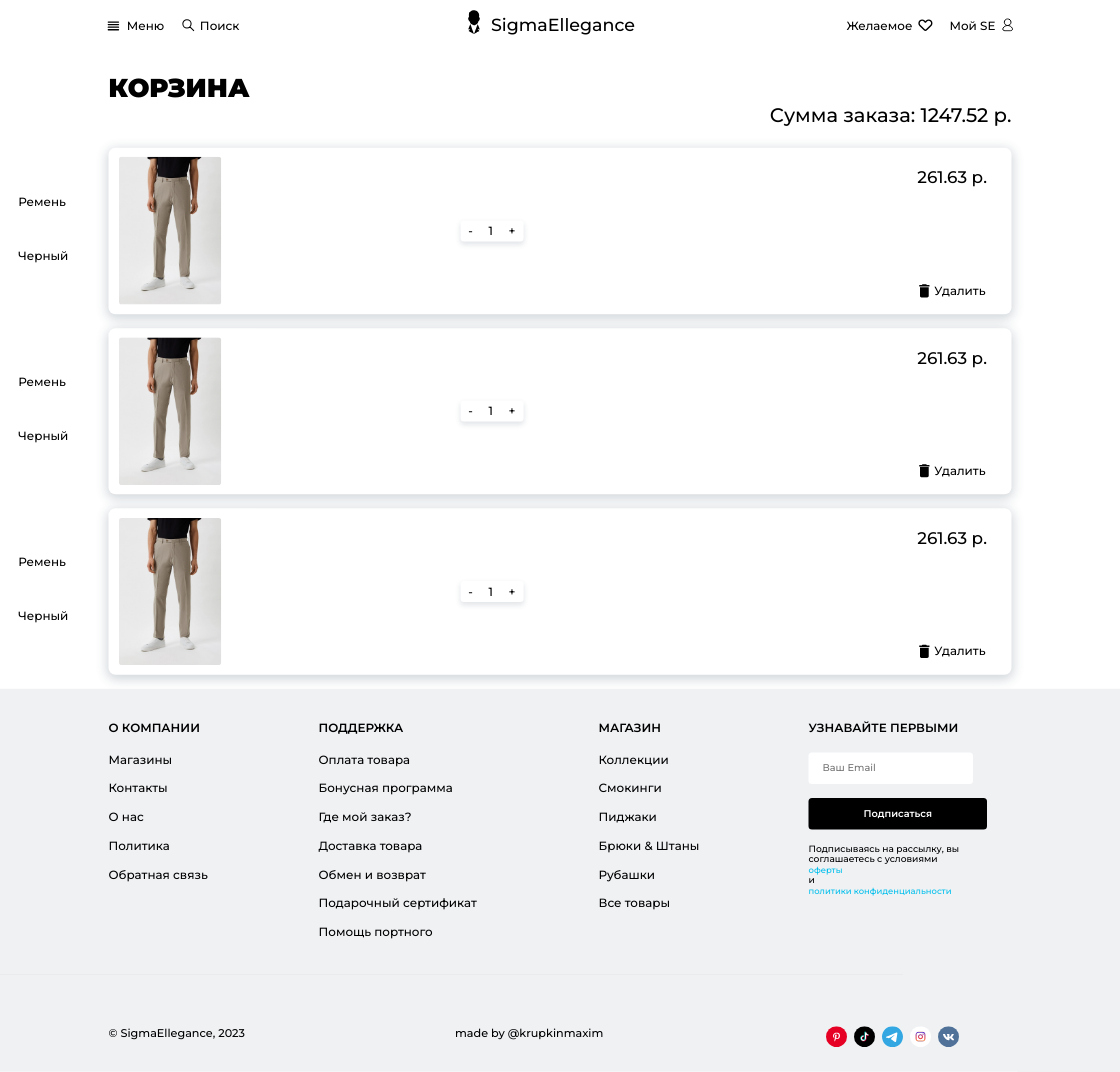
Repository: MaksimKrupkin/SigmaEllegance
Page: /cart
These files come from the project's save history. The page is drawn as it stood at one moment and after the next save; the edit follows.
The browser window is 1280 px wide. The page is 1600 px wide, so the pictures cover 1600 px, including what lies to the right of the window. The pictures show the whole page, at 70% of full size.
Some web fonts or font styles are not loaded; a fallback is used. The project was rebuilt for these pictures with package versions that can differ from the ones it lists, and the page was loaded fresh each time. Also part of the build but not shown: src/Components/SideBar/SideBar.module.css, src/Components/SideBar/SideBar.jsx, src/Pages/HomePage.module.css, src/Components/SliderWrapper/SliderWrapper.module.css, src/Components/SliderCard/SliderCard.module.css, src/Components/SliderCard/SliderCard.jsx, src/Components/LeftArrow/LeftArrow.module.css, src/Components/LeftArrow/LeftArrow.jsx and 31 more.

Above is the page before, as saved 2023-12-19 20:16:15.

### public/index.html
<!DOCTYPE html>
<html lang="en">
  <head>
    <meta charset="utf-8" />

    <meta name="viewport" content="width=device-width, initial-scale=1" />
    <link rel="icon" type="image/png" href="./favicon.png" sizes="32x32" />
    <link rel="preconnect" href="https://fonts.googleapis.com" />
    <link rel="preconnect" href="https://fonts.gstatic.com" crossorigin />
    <link
      href="https://fonts.googleapis.com/css2?family=Roboto:wght@400;500;700&display=swap"
      rel="stylesheet" />
    <link
      href="https://fonts.googleapis.com/css2?family=Montserrat:ital,wght@0,300;0,500;0,600;0,900;1,400;1,500&family=Roboto:wght@400;500;700&display=swap"
      rel="stylesheet" />
    <link rel="preconnect" href="https://fonts.googleapis.com" />
    <link rel="preconnect" href="https://fonts.gstatic.com" crossorigin />
    <link
      href="https://fonts.googleapis.com/css2?family=Montserrat:wght@300&family=Roboto:wght@400;500;700&display=swap"
      rel="stylesheet" />
    <link href="https://fonts.cdnfonts.com/css/montserrat" rel="stylesheet" />
    <title>SigmaEllegance</title>
  </head>
  <body>
    <div id="root"></div>
  </body>
</html>

### src/index.js
import React from 'react';
import ReactDOM from 'react-dom/client';
import App from './App';
import { BrowserRouter } from 'react-router-dom';

const root = ReactDOM.createRoot(document.getElementById('root'));
root.render(
  <React.StrictMode>
    <BrowserRouter>
      <App />
    </BrowserRouter>
  </React.StrictMode>,
);

### src/App.js
import React, { useState, useEffect, useRef } from 'react';
import Header from './Components/Header/Header';
import HomePage from './Pages/HomePage';
import styles from './App.module.css';
import GoodsPage from './Pages/GoodsPage/GoodsPage';
import OpenGoodPage from './Pages/OpenGoodPage/OpenGoodPage';
import Footer from './Components/Footer/Footer';
import { BrowserRouter, Route, Routes, useParams } from 'react-router-dom';
import AboutUs from './Pages/AboutUs/AboutUs';
import SearchPage from './Pages/SearchPage/SearchPage';
import Contacts from './Pages/Contacts/Contacts';
import Payment from './Pages/Payment/Payment';
import Cart from './Pages/Cart/Cart';

function App() {
  const { category, id } = useParams();
  const [sidebarOpen, setSidebarOpen] = useState(false);

  const closeSidebar = () => {
    setSidebarOpen(false);
  };

  useEffect(() => {
    const handleOutsideClick = (event) => {};

    document.addEventListener('mousedown', handleOutsideClick);

    return () => {
      document.removeEventListener('mousedown', handleOutsideClick);
    };
  }, []);
  return (
    <div className={styles.container}>
      <Header />
      <Routes>
        <Route path="/" element={<HomePage />} />
        <Route path="/goodspage/" element={<GoodsPage />} />
        <Route path="/goodspage/:category" element={<GoodsPage />} />
        <Route path="/goodspage/:category/:id" element={<OpenGoodPage />} />
        <Route path="/opengoodspage" element={<OpenGoodPage />} />
        <Route path="/opengoodspage/:category/:id" element={<OpenGoodPage />} />
        <Route path="/aboutUsPage" element={<AboutUs />} />
        <Route path="/searchPage" element={<SearchPage />} />
        <Route path="/contacts" element={<Contacts />} />
        <Route path="/payment" element={<Payment />} />
        <Route path="/cart" element={<Cart />} />
      </Routes>

      <Footer />
    </div>
  );
}

export default App;

### src/Components/Header/Header.jsx
import React from 'react';
import { useState } from 'react';
import { Link } from 'react-router-dom';
import styles from './Header.module.css';
import logo from '../../assets/img/logo.svg';
import icon1 from '../../assets/img/Icon1.svg';
import icon2 from '../../assets/img/icon2.svg';
import icon3 from '../../assets/img/icon3.svg';
import icon4 from '../../assets/img/icon4.svg';
import SideBar from '../SideBar/SideBar';

function Header() {
  const [toggleMenu, setToggleMenu] = useState(false);
  const HandleToggle = () => {
    setToggleMenu(!toggleMenu);
  };
  console.log(toggleMenu);
  return (
    <header className={styles.header}>
      <div className={styles.left_part}>
        <div onClick={HandleToggle} className={styles.menu}>
          <img className={styles.icon1} src={icon1} alt="" />
          <p>Меню</p>
        </div>
        {toggleMenu && <SideBar HandleToggle={HandleToggle} />}

        <Link to="/searchPage" className={styles.search}>
          <img className={styles.icon2} src={icon2} alt="" />
          <p>Поиск</p>
        </Link>
      </div>
      <Link to="/" className={styles.logo_part}>
        <img className={styles.logo} src={logo} alt="" />
        <p>SigmaEllegance</p>
      </Link>
      <div className={styles.right_part}>
        <Link to="/cart" className={styles.liked}>
          <p>Желаемое</p>
          <img className={styles.icon3} src={icon3} alt="" />
        </Link>
        <Link className={styles.purchases}>
          <p>Мой SE</p>
          <img className={styles.icon4} src={icon4} alt="" />
        </Link>
      </div>
    </header>
  );
}

export default Header;

### src/App.module.css
body {
  font-family: 'Montserrat', sans-serif;
  display: block;
  margin: 0 auto;
  padding: 0;
  width: 100%;
  position: relative;
  overflow-x: hidden;
}
.container {
  width: 1600px;
  display: block;
  margin: 0 auto;
}

*,
*::before,
*::after {
  box-sizing: border-box;
}

/* Links */

a,
a:link,
a:visited {
  text-decoration: none;
}

a:hover {
  text-decoration: none;
}

/* Common */

aside,
nav,
header,
section,
main {
  display: block;
}

h1,
h2,
h3,
h4,
h5,
h6,
p {
  font-size: inherit;
  font-weight: inherit;
}

ul,
ul li {
  list-style: none;
}

img {
  vertical-align: top;
}

img,
svg {
  max-width: 100%;
  height: auto;
}

address {
  font-style: normal;
}

/* Form */

input,
textarea,
button,
select {
  font-family: inherit;
  font-size: inherit;
  color: inherit;
  background-color: transparent;
}

input::-ms-clear {
  display: none;
}

button,
input[type='submit'] {
  display: inline-block;
  box-shadow: none;
  background-color: transparent;
  background: none;
  cursor: pointer;
}

input:focus,
input:active,
button:focus,
button:active {
  outline: none;
}

button::-moz-focus-inner {
  padding: 0;
  border: 0;
}

label {
  cursor: pointer;
}

legend {
  display: block;
}

### src/Components/Footer/Footer.jsx
import React from 'react';
import icon1 from '../../assets/img/pint.svg';
import icon2 from '../../assets/img/TT.svg';
import icon3 from '../../assets/img/TG.svg';
import icon4 from '../../assets/img/IG.svg';
import icon5 from '../../assets/img/VK.svg';
import styles from './Footer.module.css';

export default function Footer() {
  return (
    <footer className={styles.footer}>
      <div className={styles.column_1}>
        <a className={styles.column_title}>О компании</a>
        <a className={styles.column_item}> Магазины</a>
        <a className={styles.column_item}>Контакты</a>
        <a className={styles.column_item}>О нас</a>
        <a className={styles.column_item}>Политика</a>
        <a className={styles.column_item}>Обратная связь</a>
      </div>
      <div className={styles.column_2}>
        <a className={styles.column_title}>Поддержка</a>
        <a className={styles.column_item}> Оплата товара</a>
        <a className={styles.column_item}>Бонусная программа</a>
        <a className={styles.column_item}>Где мой заказ?</a>
        <a className={styles.column_item}>Доставка товара</a>
        <a className={styles.column_item}>Обмен и возврат</a>
        <a className={styles.column_item}>Подарочный сертификат</a>
        <a className={styles.column_item}>Помощь портного</a>
      </div>
      <div className={styles.column_3}>
        <a className={styles.column_title}>Магазин</a>
        <a className={styles.column_item}> Коллекции</a>
        <a className={styles.column_item}>Смокинги</a>
        <a className={styles.column_item}>Пиджаки</a>
        <a className={styles.column_item}>Брюки & Штаны</a>
        <a className={styles.column_item}>Рубашки</a>
        <a className={styles.column_item}>Все товары</a>
      </div>
      <div className={styles.footer_form}>
        <div className={styles.footer_form_title}>Узнавайте первыми</div>
        <form action={styles.text}>
          <input className={styles.footer_form_email} type="text" placeholder="Ваш Email" />
        </form>
        <div className={styles.footer_button}>
          <div className={styles.footer_link}>Подписаться</div>
        </div>
        <div className={styles.policy}>
          Подписываясь на рассылку, вы соглашаетесь с условиями{' '}
          <a href="" className={styles.policy_link}>
            оферты
          </a>{' '}
          и <a className={styles.policy_link}>политики конфиденциальности</a>{' '}
        </div>
      </div>
      <div className={styles.footer_border}>
        <img src="/img/Border.svg" alt="" />
      </div>
      <div className={styles.sigma_corp}>© SigmaEllegance, 2023</div>
      <div className={styles.made_by}>made by @krupkinmaxim</div>
      <div className={styles.social_networks}>
        <img className={styles.pintrest} src={icon1} alt="" />
        <img className={styles.tik_tok} src={icon2} alt="" />
        <img className={styles.telegram} src={icon3} alt="" />
        <img className={styles.instagram} src={icon4} alt="" />
        <img className={styles.vk} src={icon5} alt="" />
      </div>
    </footer>
  );
}

### src/Pages/Cart/Cart.jsx
import React from 'react';
import styles from './Cart.module.css';
import CartGood from './CartGood/CartGoods';

export default function Cart() {
  return (
    <div className={styles.wrapper}>
      <div className={styles.container}>
        <div className={styles.title}>Корзина</div>
        <div className={styles.sum}>Сумма заказа: 1247.52 р.</div>
        <CartGood />
        <CartGood />
        <CartGood />
      </div>
    </div>
  );
}

### src/Components/Header/Header.module.css
.header {
  font-family: 'Montserrat', sans-serif;
  margin: 0 auto;
  width: 100%;
  height: 10vh;
  display: flex;
  justify-content: space-around;
  align-items: center;
}

.left_part {
  display: flex;
  justify-content: space-between;
  align-items: center;
  gap: 25px;
  color: #000;
  margin-bottom: -2px;

  font-family: Montserrat;
  font-size: 17px;
  font-style: normal;
  font-weight: 500;
  line-height: normal;
}
.menu {
  display: flex;
  justify-content: space-between;
  align-items: center;
  gap: 8px;
  cursor: pointer;
}
.menu:hover {
  color: rgb(80, 77, 77);
}
.icon1 {
  width: 22px;
  height: 22px;
  margin-bottom: 1px;
}
.search {
  display: flex;
  justify-content: space-between;
  align-items: center;
  gap: 8px;
  cursor: pointer;
  color: black;
}

.search:hover {
  color: rgb(80, 77, 77);
}
.icon2 {
  width: 18px;
  height: 18px;
  margin-bottom: 3px;
}

.logo_part {
  margin-bottom: 3px;
  display: flex;
  justify-content: space-between;
  align-items: center;

  color: #000;

  font-family: Montserrat;
  font-size: 25px;
  font-style: normal;
  font-weight: 400;
  line-height: normal;
  cursor: pointer;
}

.logo {
  width: 67.375px;
  height: 69.103px;
  flex-shrink: 0;
  margin-right: -10px;
}
.right_part {
  margin-bottom: -2px;
  display: flex;
  justify-content: space-between;
  align-items: center;
  gap: 23px;
  font-family: Montserrat;
  font-size: 17px;
  font-style: normal;
  font-weight: 500;
  line-height: normal;
}

.liked {
  color: black;
  display: flex;
  justify-content: space-between;
  align-items: center;
  gap: 8px;
  cursor: pointer;
}
.liked:hover {
  color: rgb(80, 77, 77);
}
.icon3 {
  width: 22px;
  height: 22px;
  margin-bottom: 3px;
}

.purchases {
  color: black;
  display: flex;
  justify-content: space-between;
  align-items: center;
  gap: 8px;
  cursor: pointer;
}
.purchases:hover {
  color: rgb(80, 77, 77);
}

.icon4 {
  width: 19px;
  height: 19px;
  margin-bottom: 3px;
}

### src/Components/Footer/Footer.module.css
.footer {
  background-color: #eff1f3;
  width: 1600px;
  height: 547px;
  position: absolute;
  overflow-y: hidden;
  margin-top: 0px;
}
a {
  display: block;
}

.column_1 {
  position: absolute;
  top: 45px;
  left: 155px;
}

.column_2 {
  position: absolute;
  top: 45px;
  left: 455px;
}

.column_3 {
  position: absolute;
  top: 45px;
  left: 855px;
}
.column_title {
  font-style: normal;
  font-weight: 600;
  font-size: 17px;
  line-height: 21px;
  text-transform: uppercase;
  color: #000000;
  margin-bottom: 25px;
}

.column_item {
  font-family: 'Montserrat';
  font-style: normal;
  font-weight: 400;
  font-size: 17px;
  line-height: 21px;
  color: #000000;
  margin-bottom: 20px;
  cursor: pointer;
}

.footer_form {
  position: absolute;
  top: 45px;
  left: 1155px;
}

.footer_form_title {
  font-style: normal;
  font-weight: 600;
  font-size: 17px;
  line-height: 21px;
  text-transform: uppercase;
  color: #000000;
  margin-bottom: 25px;
}
.footer {
  opacity: 1;
}
.footer_form_email {
  width: 235px;
  height: 45px;
  background-color: white;
  border: none;
  border-radius: 5px;
  font-style: normal;
  font-weight: 400;
  font-size: 14px;
  line-height: 17px;
  padding-left: 20px;
  color: rgba(0, 0, 0, 0.4);
}
.footer_form_email:focus {
  border: 2px solid black;
}

.footer_button {
  margin-top: 20px;
  margin-bottom: 20px;
  width: 255px;
  background-color: #000000;
  border-radius: 5px;
  text-align: center;
  font-style: normal;
  font-weight: 600;
  font-size: 14px;
  line-height: 45px;
  color: #ffffff;
  cursor: pointer;
}
.footer_link {
  color: #ffffff;
}

.policy {
  width: 254px;
  font-style: normal;
  font-weight: 400;
  font-size: 13px;
  line-height: 15px;
  color: #000000;
}
.policy_link {
  font-style: normal;
  font-weight: 400;
  font-size: 12px;
  line-height: 15px;
  color: #00bfed;
}

.footer_border {
  position: absolute;
  bottom: 120px;
}

.sigma_corp {
  position: absolute;
  left: 155px;
  bottom: 45px;

  font-weight: 500;
}

.made_by {
  position: absolute;
  left: 650px;
  bottom: 45px;
  font-weight: 500;
}

.social_networks {
  position: absolute;
  left: 1180px;
  bottom: 35px;
}
.pintrest {
  width: 30px;
  height: 30px;
  margin-right: 10px;
  transition: all 0.1s ease-in;
  cursor: pointer;
}
.pintrest:hover {
  width: 35px;
  height: 35px;
  transform: translateY(-3px);
}
.tik_tok {
  width: 30px;
  height: 30px;
  margin-right: 10px;
  transition: all 0.1s ease-in;
  cursor: pointer;
}
.tik_tok:hover {
  width: 35px;
  height: 35px;
  transform: translateY(-3px);
}
.telegram {
  width: 30px;
  height: 30px;
  margin-right: 10px;
  transition: all 0.1s ease-in;
  cursor: pointer;
}
.telegram:hover {
  width: 35px;
  height: 35px;
  transform: translateY(-3px);
}
.instagram {
  width: 30px;
  height: 30px;
  margin-right: 10px;
  transition: all 0.1s ease-in;
  cursor: pointer;
}
.instagram:hover {
  width: 35px;
  height: 35px;
  transform: translateY(-3px);
}
.vk {
  width: 30px;
  height: 30px;
  margin-right: 10px;
  transition: all 0.1s ease-in;
  cursor: pointer;
}
.vk:hover {
  width: 35px;
  height: 35px;
  transform: translateY(-3px);
}

### src/Pages/Cart/Cart.module.css
.wrapper {
  width: 1600px;
  min-height: 90vh;
  display: flex;
  justify-content: center;
}
.container {
  width: 1290px;
}
.title {
  margin-top: 30px;
  color: #000;

  font-family: Montserrat;
  font-size: 37px;
  font-style: normal;
  font-weight: 700;
  line-height: normal;
  text-transform: uppercase;
}
.sum {
  font-size: 28px;
  font-weight: 500;
  text-align: right;
  margin-bottom: 30px;
}

### src/Pages/Cart/CartGood/CartGoods.jsx
import React from 'react';
import styles from './CartGood.module.css';
import image from '../../../assets/img/bruki-1.webp';
import { MdDelete } from 'react-icons/md';

export default function CartGood() {
  return (
    <div className={styles.good_item}>
      <img className={styles.goods_img} src={image} alt="" />
      <div className={styles.goods_data}>
        <p className={styles.goods_type}>Ремень</p>
        <p className={styles.goods_color}>Черный</p>
      </div>
      <div className={styles.goods_count}>
        <div>-</div>
        <div>1</div>
        <div>+</div>
      </div>

      <div className={styles.right}>
        <p className={styles.goods_price}>261.63 р.</p>
        <div className={styles.goods_delete}>
          <MdDelete fontSize={25} />
          <p className={styles.delete_text}>Удалить</p>
        </div>
      </div>
    </div>
  );
}

### src/Pages/Cart/CartGood/CartGood.module.css
.good_item {
  padding: 15px;

  width: 100%;
  height: 33vh;
  border-radius: 10px;
  display: flex;
  justify-content: space-between;
  align-items: center;
  -webkit-box-shadow: 0px 4px 15px 3px rgba(34, 60, 80, 0.2);
  -moz-box-shadow: 0px 4px 15px 3px rgba(34, 60, 80, 0.2);
  box-shadow: 0px 4px 15px 3px rgba(34, 60, 80, 0.2);
  margin-bottom: 20px;
}

.goods_img {
  width: 146px;
  border-radius: 4px;
}
.goods_data {
  display: flex;
  flex-direction: column;
  justify-content: start;
  gap: 55px;
  margin-left: -850px;
  font-size: 17px;
  font-weight: 500;
}
.goods_count {
  font-size: 17px;
  cursor: pointer;
  display: flex;
  align-items: center;
  justify-content: space-around;
  width: 90px;
  height: 30px;
  border-radius: 5px;
  margin: 0;

  -webkit-box-shadow: 0px 4px 7px 1px rgba(34, 60, 80, 0.12);
  -moz-box-shadow: 0px 4px 7px 1px rgba(34, 60, 80, 0.12);
  box-shadow: 0px 4px 7px 1px rgba(34, 60, 80, 0.12);
}
.goods_type {
  line-height: 17px;
  margin: 0;
}
.goods_color {
  line-height: 17px;
  padding-bottom: 5px;
  margin: 0;
  margin-top: 5px;
}
.right {
  margin-top: 30px;
  margin-right: 20px;
  height: 100%;
  display: flex;
  flex-direction: column;
  align-items: end;
  font-size: 17px;
  font-weight: 500;
  gap: 120px;
}
.goods_price {
  font-size: 24px;
  margin: 0;
  margin-top: -2px;
}
.goods_delete {
  margin: 0;
  margin-right: 2px;
  display: flex;
  justify-content: space-between;
  align-items: center;
  gap: 2px;
  cursor: pointer;
}

After the next save:
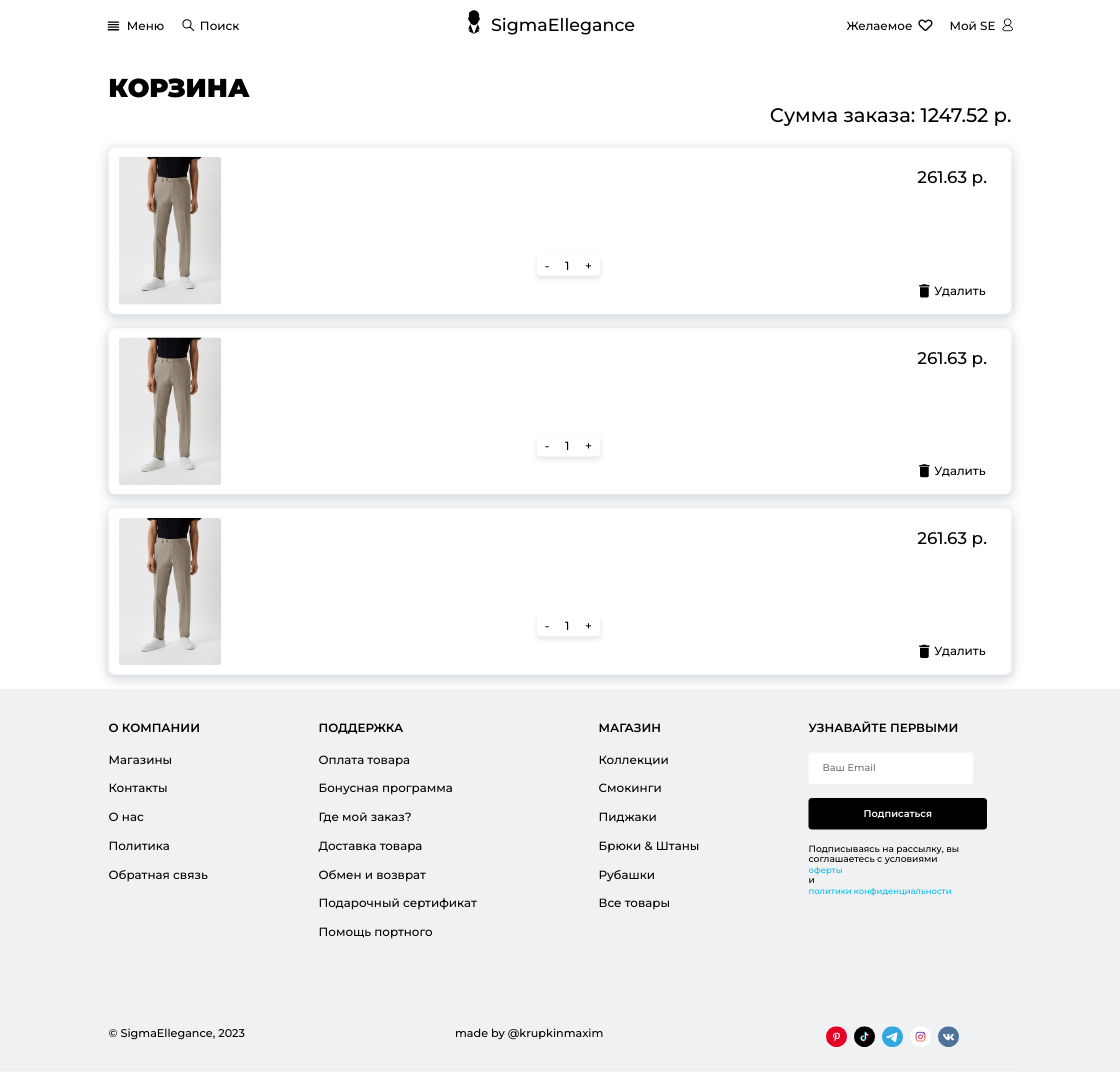
Saved 51 s later.
--- a/src/Pages/Cart/CartGood/CartGoods.jsx
+++ b/src/Pages/Cart/CartGood/CartGoods.jsx
@@ -7,16 +7,17 @@ export default function CartGood() {
   return (
     <div className={styles.good_item}>
       <img className={styles.goods_img} src={image} alt="" />
-      <div className={styles.goods_data}>
-        <p className={styles.goods_type}>Ремень</p>
-        <p className={styles.goods_color}>Черный</p>
+      <div className={styles.left}>
+        <div className={styles.goods_data}>
+          <p className={styles.goods_type}>Ремень</p>
+          <p className={styles.goods_color}>Черный</p>
+        </div>
+        <div className={styles.goods_count}>
+          <div>-</div>
+          <div>1</div>
+          <div>+</div>
+        </div>
       </div>
-      <div className={styles.goods_count}>
-        <div>-</div>
-        <div>1</div>
-        <div>+</div>
-      </div>
-
       <div className={styles.right}>
         <p className={styles.goods_price}>261.63 р.</p>
         <div className={styles.goods_delete}>
